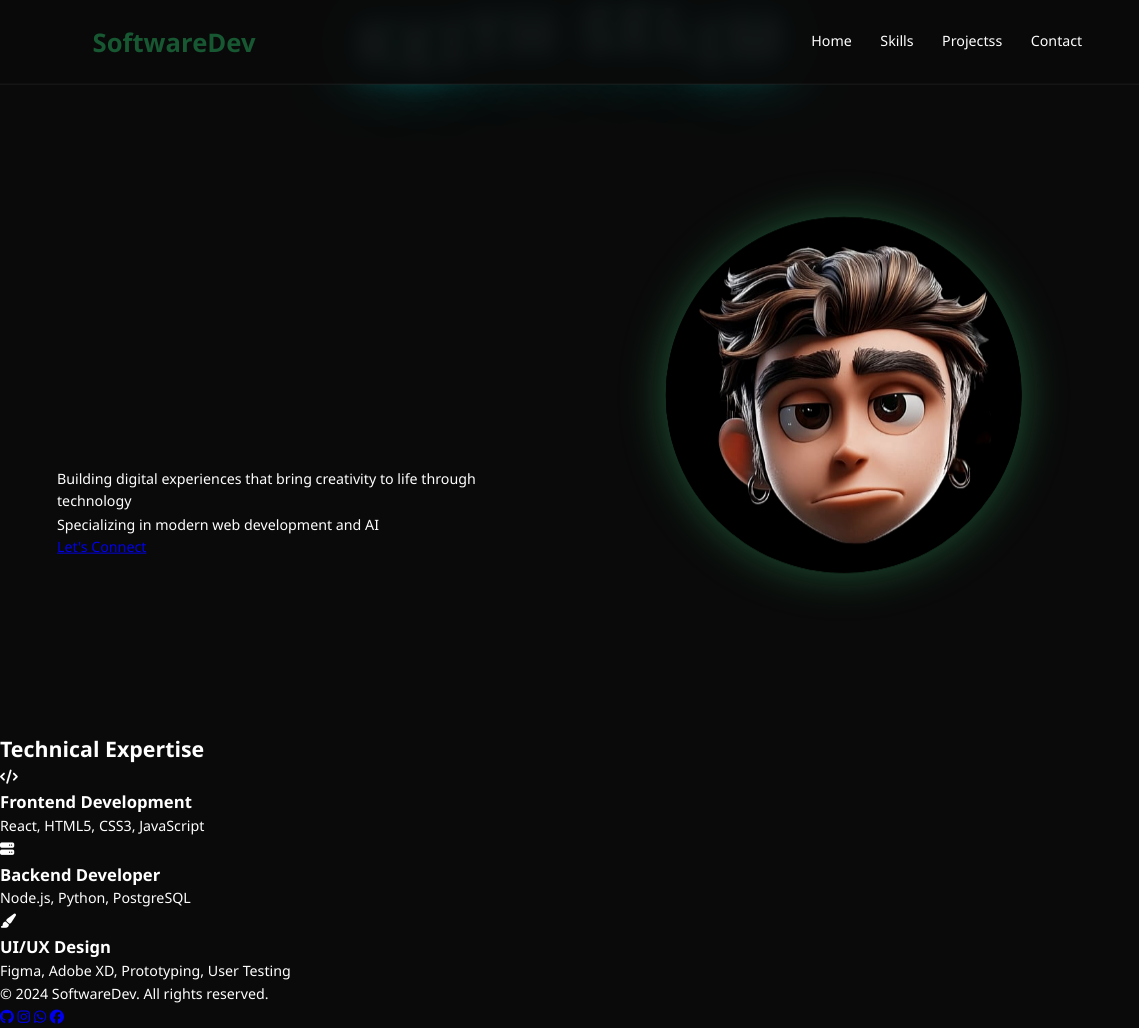
Repository: PEEZYBEE/my-personal-website
Page: index.html
An editor plug-in stored every save of this project. The page is shown before and after the next save, followed by the edit.
The browser window is 1280 px wide. The pictures show the whole page, at 89% of full size.

Above is the page before, as saved 2025-03-01 21:12:15.

### index.html
<!DOCTYPE html>
<html lang="en">
<head>
    <meta charset="UTF-8">
    <meta name="viewport" content="width=device-width, initial-scale=1.0">
    <link rel="stylesheet" href="./style.css" />
    <title>
        My Personal Website
    </title>
    <link rel="stylesheet" href="https://cdnjs.cloudflare.com/ajax/libs/font-awesome/6.7.2/css/all.min.css" integrity="sha512-Evv84Mr4kqVGRNSgIGL/F/aIDqQb7xQ2vcrdIwxfjThSH8CSR7PBEakCr51Ck+w+/U6swU2Im1vVX0SVk9ABhg==" crossorigin="anonymous" referrerpolicy="no-referrer" />
</head>
<body>

 <div class="bouncing-letters" style="text-align:center;font-size: 30px;">
 <span>K</span>
<span>E</span>
<span>I</span>
<span>T</span>
<span>H</span>
<span>&nbsp;</span>
<span>S</span>
<span>E</span>
<span>L</span>
<span>I</span>
<span>M</span>
 </div>

 <nav class="navbar">
    <a href="#home" class="logo">SoftwareDev</a>
    <ul class="nav-links">
      <li><a href="#home">Home</a></li>
      <li><a href="#skills">Skills</a></li>
      <li><a href="#projects">Projectss</a></li>
      <li><a href="#contact">Contact</a></li>
    </ul>
 </nav>

 <section id="home" class="hero">
    <div class="hero-content">
     <h1>Full-Stack Developer</h1>
     <p>Building digital experiences that bring creativity to life through technology</p>
     <p class="highlight">Specializing in modern web development and AI</p>
     <a href="#contact" class="cta-button">Let's Connect</a>
    </div>

    <div class="hero-image">
        <img src="profile.jpg" alt="Profile" class="profile-img">
    </div>
</section>

<section id="skills" class="skills">
    <h2>Technical Expertise</h2>
    <div class="skills-grid">
        <div class="skill-card">
            <i class="fa-solid fa-code"></i>
            <h3>Frontend Development</h3>
            <p>React, HTML5, CSS3, JavaScript</p>
        </div>
        <div class="skill-card">
            <i class="fa-solid fa-server"></i>
            <h3>Backend Developer</h3>
            <p>Node.js, Python, PostgreSQL</p>
        </div>
        <div class="skill-card">
            <i class="fa-solid fa-paintbrush"></i>
            <h3>UI/UX Design</h3>
            <p>Figma, Adobe XD, Prototyping, User Testing</p>
        </div>
    </div>
</section>

<footer>
   <p>&copy; 2024  SoftwareDev. All rights reserved.</p>
   <div class="social-links">
    <a href="#"><i class="fa-brands fa-github"></i></a>
    <a href="#"><i class="fa-brands fa-instagram"></i></a>
    <a href="#"><i class="fa-brands fa-whatsapp"></i></a>
    <a href="#"><i class="fa-brands fa-facebook"></i></a>
   </div>
</footer>


<script src="script.js"></script>
</body>
</html>

### style.css
.bouncing-letters span {
display: inline-block;
color: white;
text-shadow: 0px 0px 0px cyan,
             0px 0px 20px cyan,
             0px 0px 40px cyan,
             0px 0px 80px cyan;
font-size: 64px;
font-weight: bold;
animation: bounce 0.8s ease infinite alternate;

}

@keyframes bounce {
    0% { transform: translateY(0) }
    100% { transform: translateY(-20px) }

}

.bouncing-letters span:nth-child(1)
{ animation-delay:  0.1s; }


.bouncing-letters span:nth-child(2)
{ animation-delay:  0.2s; }


.bouncing-letters span:nth-child(3)
{ animation-delay:  0.3s; }


.bouncing-letters span:nth-child(4)
{ animation-delay:  0.4s; }


.bouncing-letters span:nth-child(5)
{ animation-delay: 0.5s; }


.bouncing-letters span:nth-child(6)
{ animation-delay:  0.6s; }

.bouncing-letters span:nth-child(7)
{ animation-delay:  0.7s; }

.bouncing-letters span:nth-child(8)
{ animation-delay:  0.8s; }

.bouncing-letters span:nth-child(9)
{ animation-delay:  0.9s; }

.bouncing-letters span:nth-child(10)
{ animation-delay:  0.10s; }

body{
    background-color: var(--dark-bg);
    color: var(--text);
    line-height: 1.6;
    overflow-x: hidden;
}

*{
  margin: 0;
  padding: 0;
  box-sizing: border-box;
  font-family: 'Segoe UI', sans-serif;
}
:root{
  --dark-bg: #0a0a0a;
  --darker-bg: #050505;
  --accent-glow: rgba(46, 204, 113, 0.4);
  --text: #ffffff;
}

.navbar{
  position: fixed;
  top: 0;
  width: 100%;
  padding: 1.5rem 5%;
  display: flex;
  justify-content: space-between;
  align-items: center;
  background:  rgba(10, 10, 10, 0.95);
  backdrop-filter: blur(10px);
  z-index: 1000;
  border-bottom: 1px solid rgba(255, 255, 255, 0.1);
}

.logo{
  font-size: 1.8rem;
  font-weight: 700;
  color: var(--accent-glow);
  text-decoration: none;
  position: relative;
  padding-left: 2.5rem;
}

.nav-links{
  display: flex;
  gap: 2rem;
  list-style: none;
}

.nav-links a {
  color: var(--text);
  text-decoration: none;
  font-weight: 500;
  transition: all 0.3s ease;
  position: relative;
}

.nav-links a::after {
  content: '';
  position: absolute;
  bottom:  -5px;
  left: 0;
  width: 0;
  height: 2px;
  background: var(--accent-glow);
  transition: width 0.3s ease;
}

.nav-links a:hover::after {
   width: 100%;
}

.hero {
  min-height: 100vh;
  display: flex;
  align-items: center;
  padding: 12% 5%;
  background: radial-gradient(circle at 75% 30%,var(--accent-glow) 0%,transoarent 30%);
}

.hero-content {
    flex: 1;
    padding-right: 5rem;
}

.hero-image {
    flex: 1;
    text-align: center;
    position: relative;
}

.profile-img {
    width: 400px;
    height: 400px;
    border-radius: 50%;
    object-fit: cover;
    border: 3px solid var(--accent);
    box-shadow: 0 0 50px var(--accent-glow);
    animation: float 3s ease-in-out infinite;
    filter: grayscale(0.2) contrast(1.1);
}

@keyframes float {
    0%, 100%{ transform: translateY(0);}
    50% { transform: translateY(-20px);}
}

.hero h1 {
    font-size: 4rem;
    margin-bottom: 1.5rem;
    background: linear-gradient(45deg, var(--accent) 30%, #ffffff 70%);
    -webkit-background-clip: text;
    -webkit-text-fill-color: transparent;
}

Loaded but not shown: script.js (no copy from this time; the picture is the same without it)

After the next save:
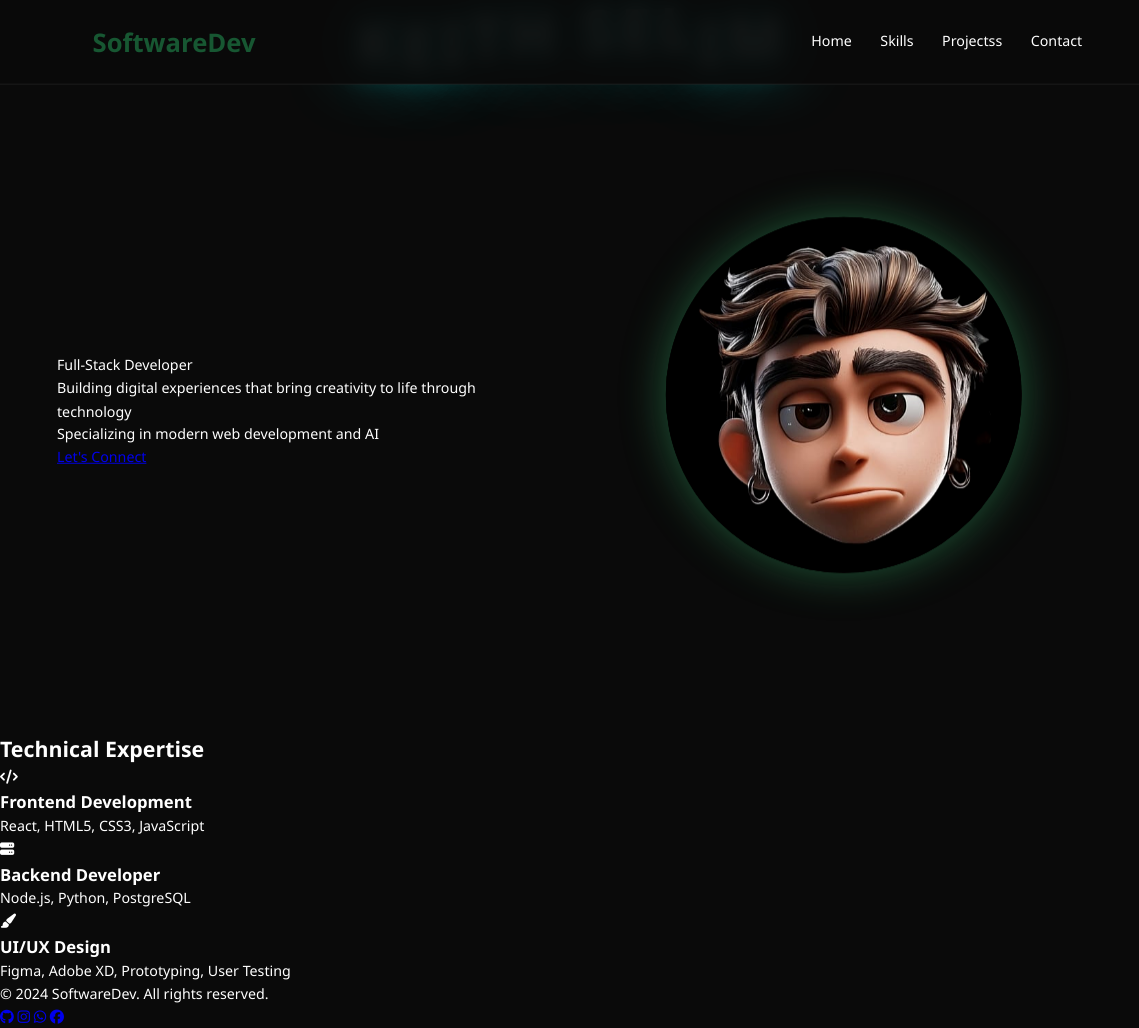
Saved 3 min 46 s later.
--- a/index.html
+++ b/index.html
@@ -37,7 +37,7 @@
 
  <section id="home" class="hero">
     <div class="hero-content">
-     <h1>Full-Stack Developer</h1>
+     <h>Full-Stack Developer</h>
      <p>Building digital experiences that bring creativity to life through technology</p>
      <p class="highlight">Specializing in modern web development and AI</p>
      <a href="#contact" class="cta-button">Let's Connect</a>

After the save that followed:
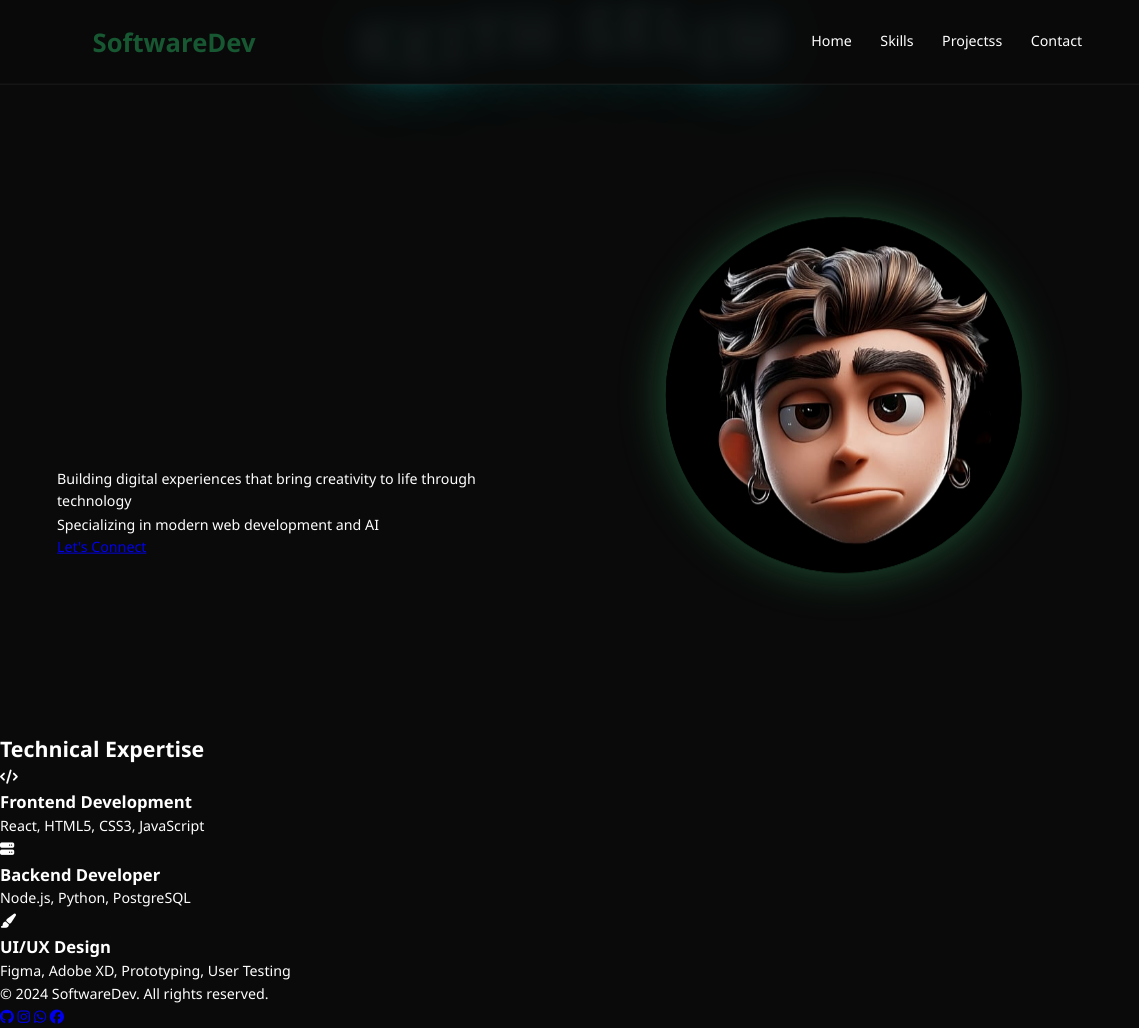
Saved 4 s later.
--- a/index.html
+++ b/index.html
@@ -37,7 +37,7 @@
 
  <section id="home" class="hero">
     <div class="hero-content">
-     <h>Full-Stack Developer</h>
+     <h1>Full-Stack Developer</h1>
      <p>Building digital experiences that bring creativity to life through technology</p>
      <p class="highlight">Specializing in modern web development and AI</p>
      <a href="#contact" class="cta-button">Let's Connect</a>
